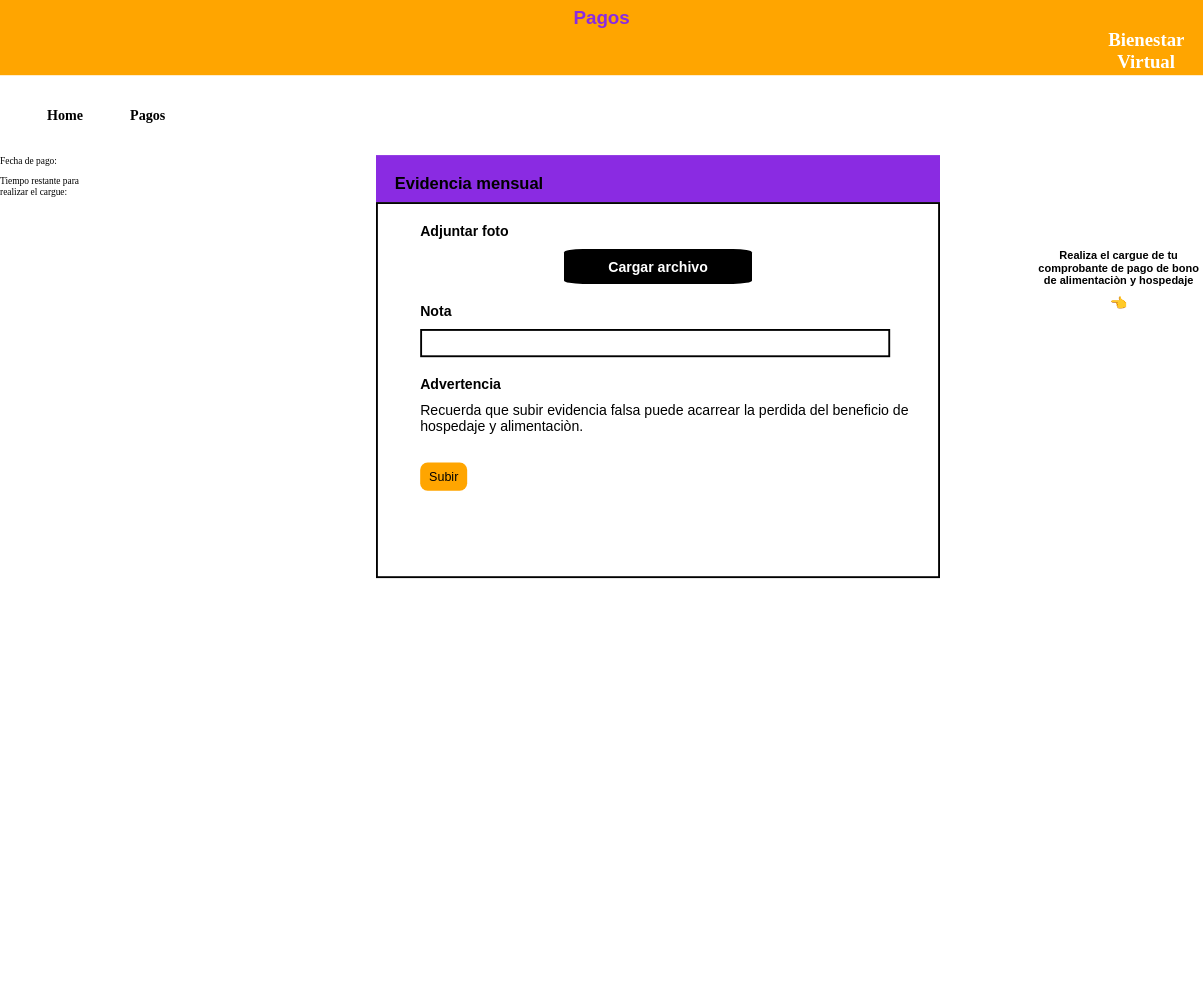
Repository: Diani123/Mis-actividades
Page: softwarebienestarinstitucional/pagos.html
The author's editor kept a copy of each file at every save. The page is drawn from the files as they stood at one save, then again after a run of saves.
The browser window is 1280 px wide. The pictures show the whole page, at 94% of full size.

Above is the page before, as saved 2023-02-12 20:44:25.

### softwarebienestarinstitucional/pagos.html
<!DOCTYPE html>
<html lang="en">
  <head>
    <meta charset="UTF-8" />
    <meta http-equiv="X-UA-Compatible" content="IE=edge" />
    <meta name="viewport" content="width=device-width, initial-scale=1.0" />
    <link rel="stylesheet" href="./pagos.css" />
    <title>Document</title>
  </head>
  <body>
    <header>
      <div class="Encabezado">
        <h2 class="title1">Pagos</h2>
        <h2 class="title2">Bienestar</h2>
        <h2 class="title3">Virtual</h2>
      </div>
    </header>
    <div class="Items">
      <a href="./home.html" class="item"><h2 class="item-title">Home</h2></a>
      <a href="./pagos.html" class="item"><h2 class="item-title">Pagos</h2></a>
    </div>
    <div class="ContainerT">
      <div class="contenedor0">
        <span>Fecha de pago:</span><br><br>
        <span>Tiempo restante para realizar el cargue:</span>
      </div>

      <div class="contenedor1">
      <div class="ContainerTitle">
        <h3 class="title4">Evidencia mensual</h3>
      </div>
      <div class="Container-dowload">
        <form
          action="../../form-result.php"
          method="post"
          enctype="multipart/form-data"
          target="_blank"
        >
          <p class="textt">Adjuntar foto</p>
          <br />

          <div class="custom-input-file col-md-6 col-sm-6 col-xs-6">
            <input
              type="file"
              id="fichero-tarifas"
              class="input-file"
              value=""
            />
            Cargar archivo
          </div>

          <p class="textt">Nota</p>
          <br />
          <section class="Section-nota">
            <input class="input3" type="text" name="" id="" />
          </section>
          <p class="textt">Advertencia</p>
          <br />
          <h2 class="advertencia">
            Recuerda que subir evidencia falsa puede acarrear la perdida del
            beneficio de hospedaje y alimentaciòn.
          </h2>
          <button class="boton">Subir</button>
        </form>
      </div>
      </div>
      <div class="contenedor2">
        <h3>Realiza el cargue de tu comprobante de pago de bono de alimentaciòn y hospedaje</h3>
        <h2 class="text-contenedor2">👈</h2>
      </div>
    </div>

  </body>
</html>

### softwarebienestarinstitucional/pagos.css
* {
  margin: 0;
  padding: 0;
  box-sizing: border-box;
}
html {
  font-size: 62.5%;
}
html,
body {
  min-height: 100%;
}
.Encabezado {
  display: flex;
  flex-direction: column;
  width: 100%;
  height: 80px;
  background-color: orange;
}
.Items {
  display: flex;
  flex-direction: row;
  text-align: left;
  height: 50px;
  margin-top: 15px;
  margin-bottom: 20px;
}
.title1 {
  padding-top: 8px;
  text-align: center;
  font-size: 2rem;
  font-family: Arial, Helvetica, sans-serif;
  color: blueviolet;
}
.title2 {
  text-align: end;
  margin-right: 20px;
  font-size: 2rem;
  color: white;
}
.title3 {
  text-align: end;
  margin-right: 30px;
  font-size: 2rem;
  color: white;
  padding-top: px;
}
.item-title {
  padding-top: 20px;
  padding-left: 50px;
  color: black;
}
.item {
  text-decoration: none;
}
.item:hover {
  border-bottom: solid 2px orange;
  border-width: 2px;
}

.ContainerTitle {
  margin-left: 300px;
  height: 50px;
  width: 600px;
  background-color: blueviolet;
  padding-left: 20px;
  padding-top: 20px;
  font-size: 1.5rem;
  font-family: Arial, Helvetica, sans-serif;
}
.Container-dowload {
  margin-left: 300px;
  width: 600px;
  height: 400px;
  border: solid 2px black;
}
.ContainerT {
  display: grid;
  grid-template-columns: repeat(3, 1fr);
  grid-template-rows: repeat(2, 1fr);
  grid-column-gap: 0px;
  grid-row-gap: 0px;
}

.textt {
  margin-top: 20px;
  margin-left: 45px;
  font-size: 1.5rem;
  font-weight: 700;
  font-family: Arial, Helvetica, sans-serif;
}
.section1 {
  width: 500px;
  height: 80px;
  margin-left: 45px;
  border: solid 2px black;
  justify-content: center;
  align-items: center;
}

.input3 {
  width: 500px;
  height: 30px;
  margin-left: 45px;
  border: solid 2px black;
}
.advertencia {
  margin-left: 45px;
  font-weight: 100;
  font-family: Arial, Helvetica, sans-serif;
}
.boton {
  margin-top: 30px;
  margin-left: 45px;
  width: 50px;
  height: 30px;
  background-color: orange;
  border-radius: 8px;
  border: none;
  cursor: pointer;
}
.boton:hover {
  box-shadow: 0 0 20px blueviolet;
}
.custom-input-file {
  background-color: black;
  color: #fff;
  cursor: pointer;
  font-size: 1.5rem;
  font-weight: bold;
  margin: 0 auto 0;
  min-height: 15px;
  overflow: hidden;
  padding: 10px;
  position: relative;
  text-align: center;
  width: 200px;
  border-radius: 10%;
  font-family: Arial, Helvetica, sans-serif;
}

.custom-input-file .input-file {
  border: 10000px solid transparent;
  cursor: pointer;
  font-size: 10000px;
  margin: 0;
  opacity: 0;
  outline: 0 none;
  padding: 0;
  position: absolute;
  right: -1000px;
  top: -1000px;
}

.contenedor2{
  margin-left: 80px;
  margin-top: 100px;
  width: 200px;
  height: 50px;
  padding-left: 20px;
  text-align: center;
  font-family: Arial, Helvetica, sans-serif;
  border-radius: solid 2px orange;
}
.text-contenedor2{
  margin-top: 10px;
}

After the next 2 saves:
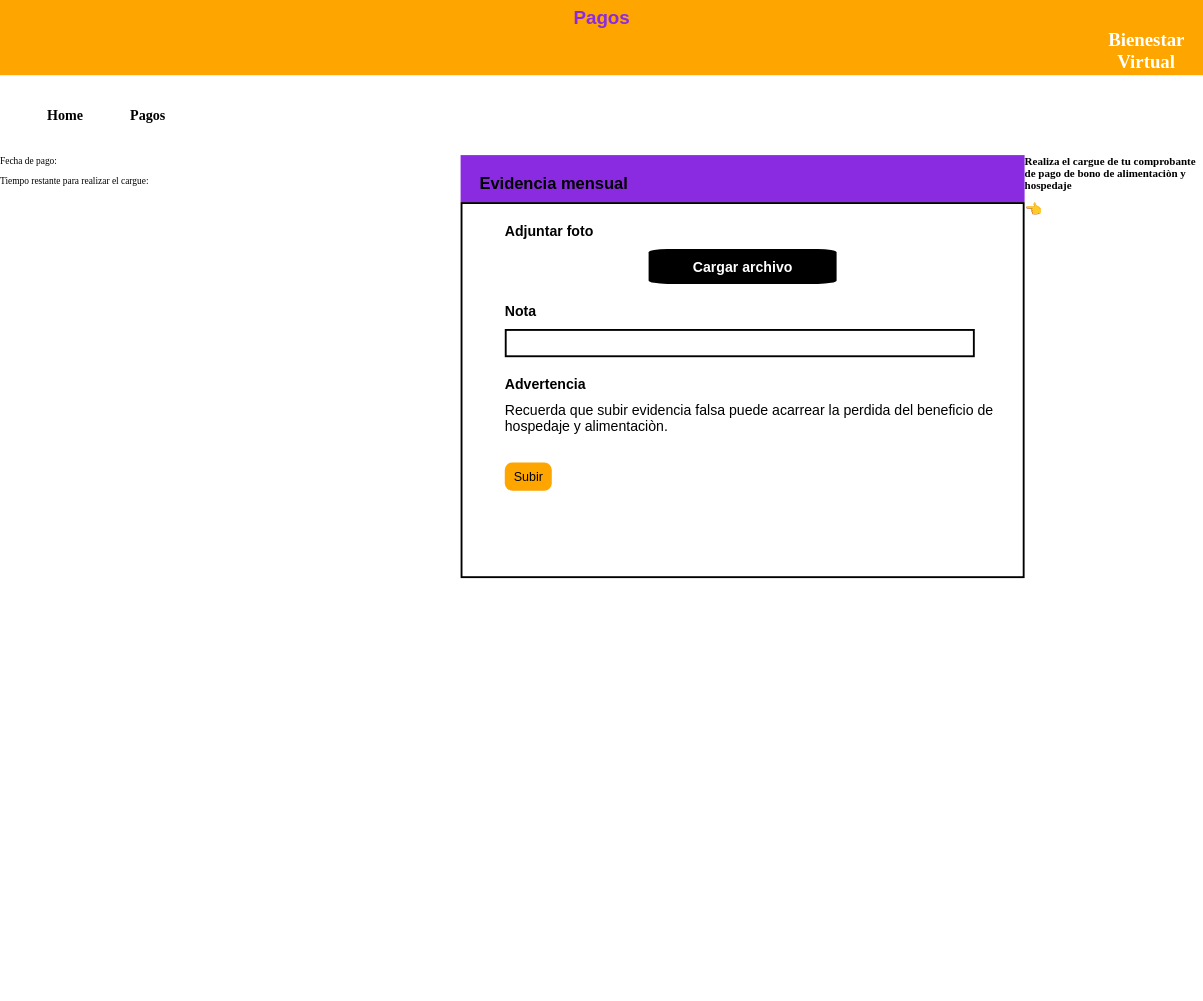
The 2 saves are shown as one change because they came seconds apart.
The last was saved 7 s later.
--- a/softwarebienestarinstitucional/pagos.css
+++ b/softwarebienestarinstitucional/pagos.css
@@ -151,7 +151,7 @@
   right: -1000px;
   top: -1000px;
 }
-
+.contenedor
 .contenedor2{
   margin-left: 80px;
   margin-top: 100px;

After the 2 saves that followed:
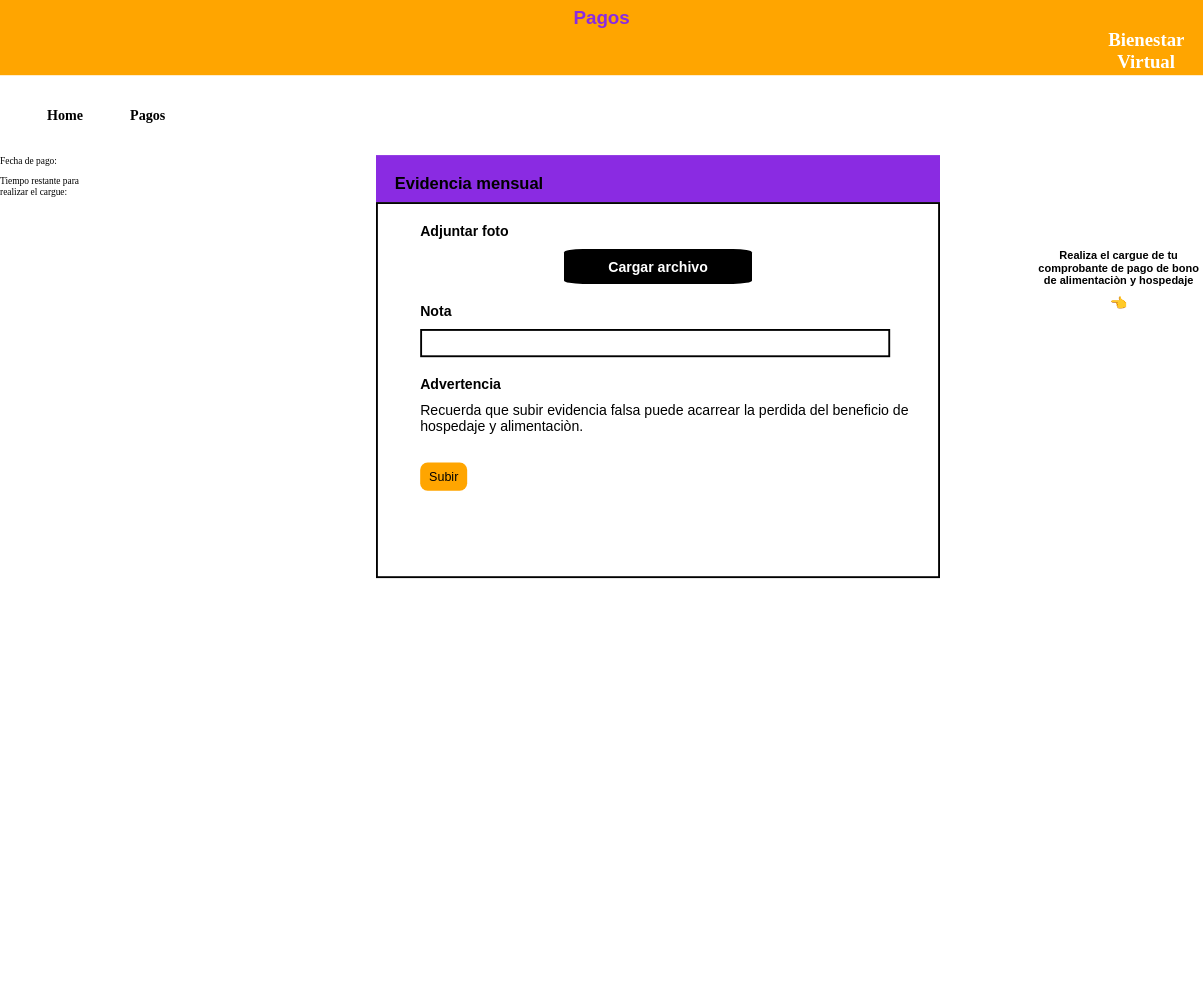
The 2 saves are shown as one change because they came seconds apart.
The last was saved 6 s later.
--- a/softwarebienestarinstitucional/pagos.css
+++ b/softwarebienestarinstitucional/pagos.css
@@ -151,7 +151,9 @@
   right: -1000px;
   top: -1000px;
 }
-.contenedor
+.contenedor0{
+  margin
+}
 .contenedor2{
   margin-left: 80px;
   margin-top: 100px;
